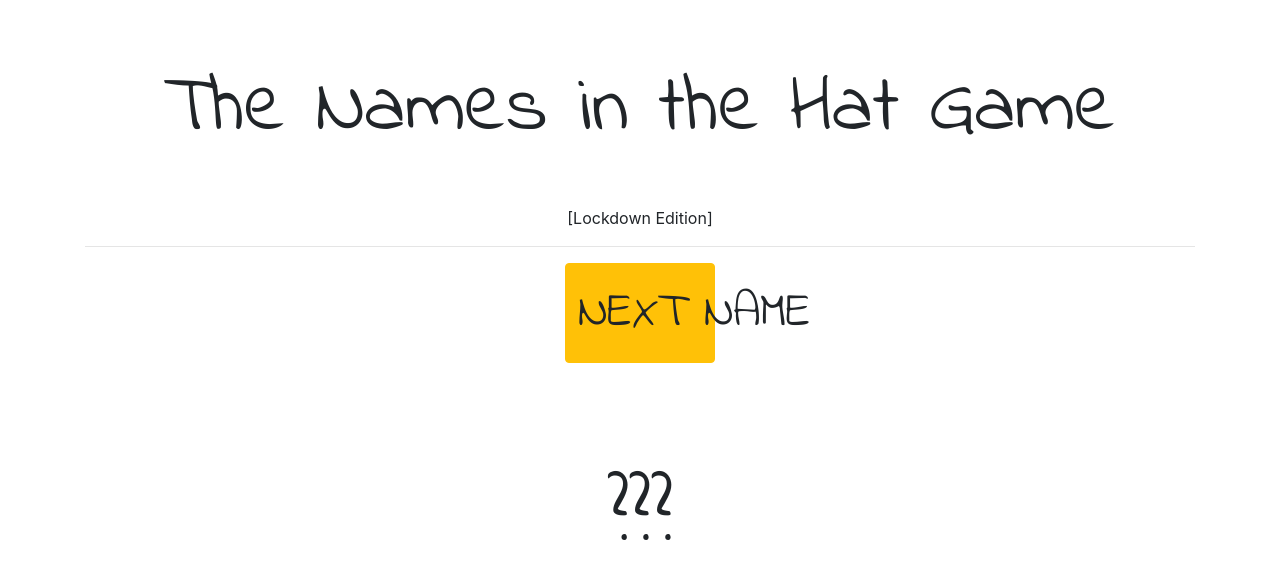
Repository: TaylorD1982/randomizer
Page: index.html
The author's editor kept a record of every edit. The page is drawn from the files as they stood at one moment, then again after the next edit.
The browser window is 1280 px wide. The pictures show the whole page.
Some web fonts or font styles are not loaded; a fallback is used. Some web libraries are served in a nearby version.

Above is the page before.

After the next edit:
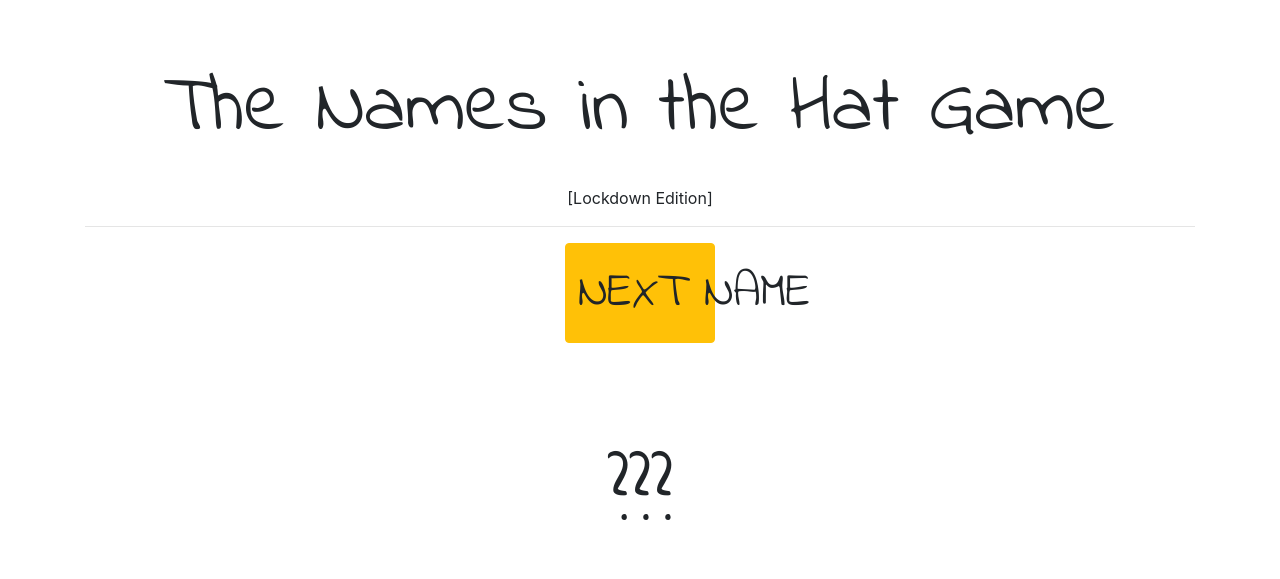
The edit:
--- a/style.css
+++ b/style.css
@@ -17,7 +17,6 @@
 }
 
 .title {
-    padding-bottom: 20px;
     font-family: 'Indie Flower', cursive;
     font-size: 5em;
 }
